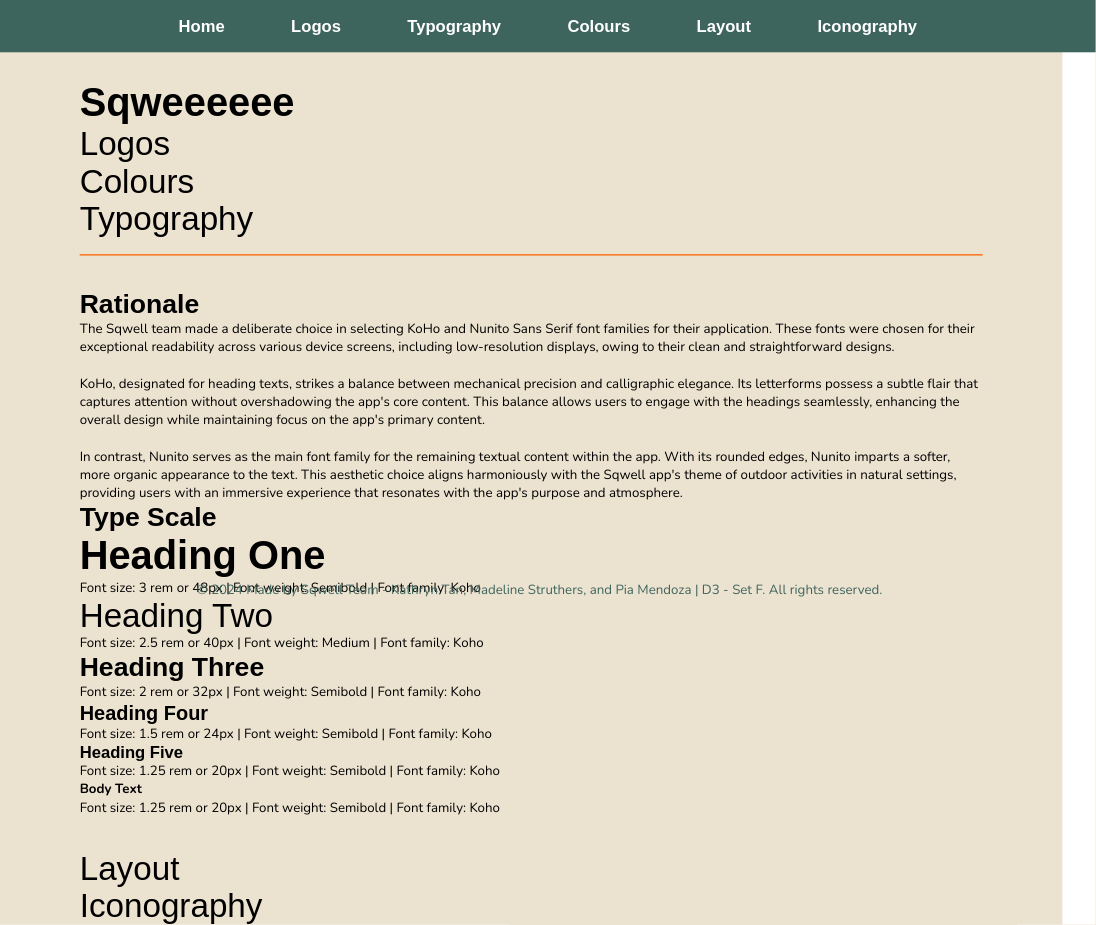
Repository: lpcmendoza/sqwell_styleguide
Page: /
These files come from the project's save history. The page is drawn as it stood at one moment and after the next save; the edit follows.
The browser window is 1280 px wide. The page is 1320 px wide, so the pictures cover 1320 px, including what lies to the right of the window. The pictures show the whole page, at 83% of full size.
Some web fonts or font styles are not loaded; a fallback is used. The project was rebuilt for these pictures with package versions that can differ from the ones it lists, and the page was loaded fresh each time. The framework's server and built-in components were replaced by stand-ins that run in the browser. Also part of the build but not shown: next.config.mjs.

Above is the page before, as saved 2024-04-07 18:38:39.

### pages/_app.js
import '@/styles/globals.css';
import { KoHo, Nunito } from 'next/font/google';

export const koho = KoHo({
  subsets: ['latin'],
  weight: ['400', '500', '600', '700'],
  variable: '--font-koho',
});

export const nunito = Nunito({
  subsets: ['latin'],
  weight: ['400', '700'],
  variable: '--font-nunito',
});

export default function App({ Component, pageProps }) {
  return (
    <main className={`${koho.variable} ${nunito.variable}`}>
    <Component {...pageProps} />
    </main>
  )


}

### pages/index.js
import Head from "next/head";
import Image from "next/image";
import styles from "@/styles/Home.module.css";
import MenuBar from "@/components/MenuBar";
import Footer from "@/components/Footer";
import Typography from "@/components/Typography"


export default function Home() {
  return (
    <>
    <MenuBar/>
      <main className={`${styles.main}`}>
      <h1>Sqweeeeee</h1>

      <h2>Logos</h2>
      <h2>Colours</h2>
      <Typography/>
      <h2>Layout</h2>
      <h2>Iconography</h2>
      </main>


      <Footer/>
    </>
  );
}

### styles/globals.css
:root {
    --blue: #74B4C6;
    --orange: #F7802B;
    --black: #1A1D1A;
    --darkGreen: #3E655D;
    --bone: #ECE2D0;

    --font-h1: 3rem; /*48px*/
    --font-h2: 2.5rem; /*40px*/
    --font-h3: 2rem; /*32px*/
    --font-h4: 1.5rem; /*24px*/
    --font-body: 1rem; /*16px*/
    --font-button: 1rem; /*16px*/
    --font-link: 1rem; /*16px*/
  }

  /*For all HTML elements*/
  *, html {
      margin: 0;
      padding: 0;
      font-size: 16px;
      font-family: var(--font-nunito);
  }

  h1 {
    font-family: var(--font-koho);
    font-size: 3rem;
    font-weight: 600;
  }

  h2 {
    font-family: var(--font-koho);
    font-size: 2.5rem;
    font-weight: 500;
  }

  h3 {
    font-family: var(--font-koho);
    font-size: 2rem;
    font-weight: 600;
  }

  h4 {
    font-family: var(--font-koho);
    font-size: 1.5rem;
    font-weight: 600;
  }

  h5 {
    font-family: var(--font-koho);
    font-size: 1.25rem;
    font-weight: 600;
  }

  p {
    font-family: var(--font-nunito);
    font-size: 16px;
  }

### styles/Home.module.css
.main {
  display: flex;
  flex-direction: column;
  justify-content: space-between;
  padding-top: 6rem;
  padding-right: 6rem;
  padding-left: 6rem;
  padding-bottom: 0;
  min-height: 100vh;
  background-color: var(--bone);

}

### components/MenuBar/index.js
import styles from './MenuBar.module.css'

export default function MenuBar() {
    return (
        <div className={styles.menubarContainer}>
            <div className={styles.blurbg}>
                <ul className={styles.menunames}>
                    <li>
                        <h5>Home</h5>
                    </li>
                    <li>
                        <h5>Logos</h5>
                    </li>
                    <li>
                        <h5>Typography</h5>
                    </li>
                    <li>
                        <h5>Colours</h5>
                    </li>
                    <li>
                        <h5>Layout</h5>
                    </li>
                    <li>
                        <h5>Iconography</h5>
                    </li>
                </ul>
            </div>

        </div>
    )
}

### components/Footer/index.js
import styles from './Footer.module.css'

export default function Footer() {
    return(
        <>
        <footer className={styles.footer}>
            <div className={styles.footerContainer}>
                © 2024 Made by Sqwell Team - Kathryn Tan, Madeline Struthers, and Pia Mendoza  |  D3 - Set F. All rights reserved.
            </div>
        </footer>
        </>
    )
}

### components/Typography/index.js
import styles from './Typography.module.css';

export default function Typography() {
    return (
        <main>
        <h2 className={styles.sectionHead}>Typography</h2>
        <div >
            <div className={styles.rationale}>
                <h3>Rationale</h3>
                <p>The Sqwell team made a deliberate choice in selecting KoHo and Nunito Sans Serif font families for their application. These fonts were chosen for their exceptional readability across various device screens, including low-resolution displays, owing to their clean and straightforward designs.</p>
                <br></br>
                <p>KoHo, designated for heading texts, strikes a balance between mechanical precision and calligraphic elegance. Its letterforms possess a subtle flair that captures attention without overshadowing the app's core content. This balance allows users to engage with the headings seamlessly, enhancing the overall design while maintaining focus on the app's primary content.</p>
                <br></br>
                <p>In contrast, Nunito serves as the main font family for the remaining textual content within the app. With its rounded edges, Nunito imparts a softer, more organic appearance to the text. This aesthetic choice aligns harmoniously with the Sqwell app's theme of outdoor activities in natural settings, providing users with an immersive experience that resonates with the app's purpose and atmosphere.</p>
            </div>
            <div className={styles.typscale}>
                <h3>Type Scale</h3>
                    <ul className={styles.typescaleDetails}>
                        <li>
                        <h1>Heading One</h1> <p>Font size: 3 rem or 48px   |   Font weight: Semibold   |   Font family: Koho</p>
                        </li>
                        <li>
                        <h2>Heading Two</h2> <p>Font size: 2.5 rem or 40px   |   Font weight: Medium   |   Font family: Koho</p>
                        </li>
                        <li>
                        <h3>Heading Three</h3> <p>Font size: 2 rem or 32px   |   Font weight: Semibold   |   Font family: Koho</p>
                        </li>
                        <li>
                        <h4>Heading Four</h4> <p>Font size: 1.5 rem or 24px   |   Font weight: Semibold   |   Font family: Koho</p>
                        </li>
                        <li>
                        <h5>Heading Five</h5> <p>Font size: 1.25 rem or 20px   |   Font weight: Semibold   |   Font family: Koho</p>
                        </li>
                        <li>
                        <p className={styles.bodyCopy}>Body Text</p> <p>Font size: 1.25 rem or 20px   |   Font weight: Semibold   |   Font family: Koho</p>
                        </li>
                    </ul>
                </div>
            </div>
        </main>
    )
}

### components/MenuBar/MenuBar.module.css
.menubarContainer{
    display: flex;
    flex-direction: row;
    justify-content: space-evenly;
    width: 100%;
    background-color: var(--darkGreen);
    padding: 20px;
    position: absolute;
    z-index: 10;
}

.menunames {
    list-style: none;
    display: flex;
    flex-direction: row;
    align-items: center;
    justify-content: space-evenly;
    gap: 5rem;
}

.menunames h5 {
    color: white;
}

### components/Footer/Footer.module.css
.footer{
    bottom: 0;
    position: absolute;
    width: 100%;
}

.footerContainer {
    height: 10px;
    margin: auto;
    width: 100%;
    text-align: center;
    padding: 10px;
    color: var(--darkGreen);
    margin-bottom: 0;
}

### components/Typography/Typography.module.css
.typography {
    display: flex;
    flex-direction: row;
}

.typescaleDetails {
    list-style: none;
}

.typscale {
    padding-bottom: 40px;
}

.typescaleDetails h1 {
    padding-bottom: 0px;
}

.sectionHead {
    border-bottom: 2px solid var(--orange);
    margin-bottom: 40px;
    padding-bottom: 20px;
}

.bodyCopy {
    font-weight: 700;
}

Loaded but not shown: pages/_document.js (common file)

After the next save:
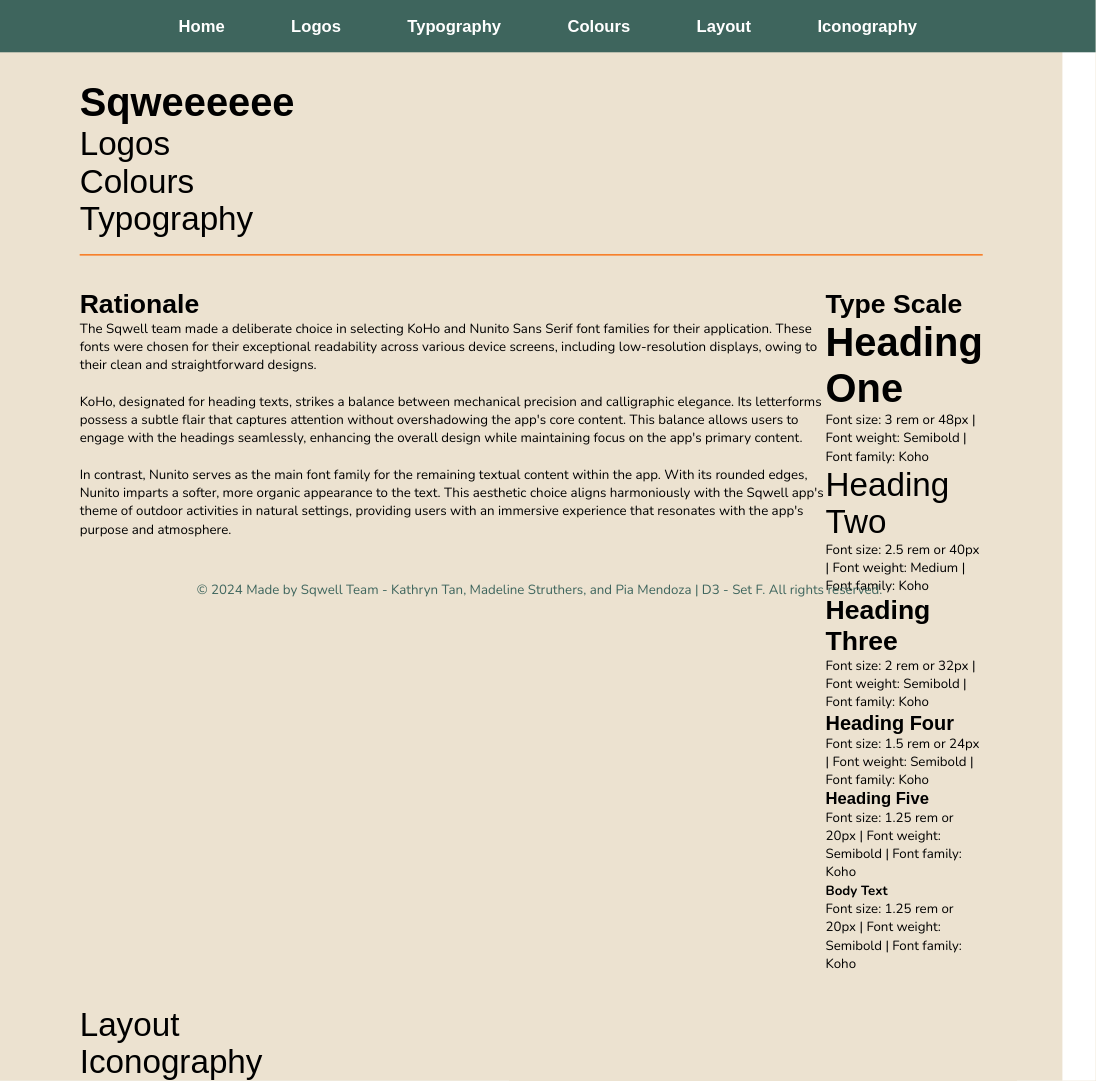
Saved 4 s later.
--- a/components/Typography/index.js
+++ b/components/Typography/index.js
@@ -4,7 +4,7 @@
     return (
         <main>
         <h2 className={styles.sectionHead}>Typography</h2>
-        <div >
+        <div className={styles.typography}>
             <div className={styles.rationale}>
                 <h3>Rationale</h3>
                 <p>The Sqwell team made a deliberate choice in selecting KoHo and Nunito Sans Serif font families for their application. These fonts were chosen for their exceptional readability across various device screens, including low-resolution displays, owing to their clean and straightforward designs.</p>
